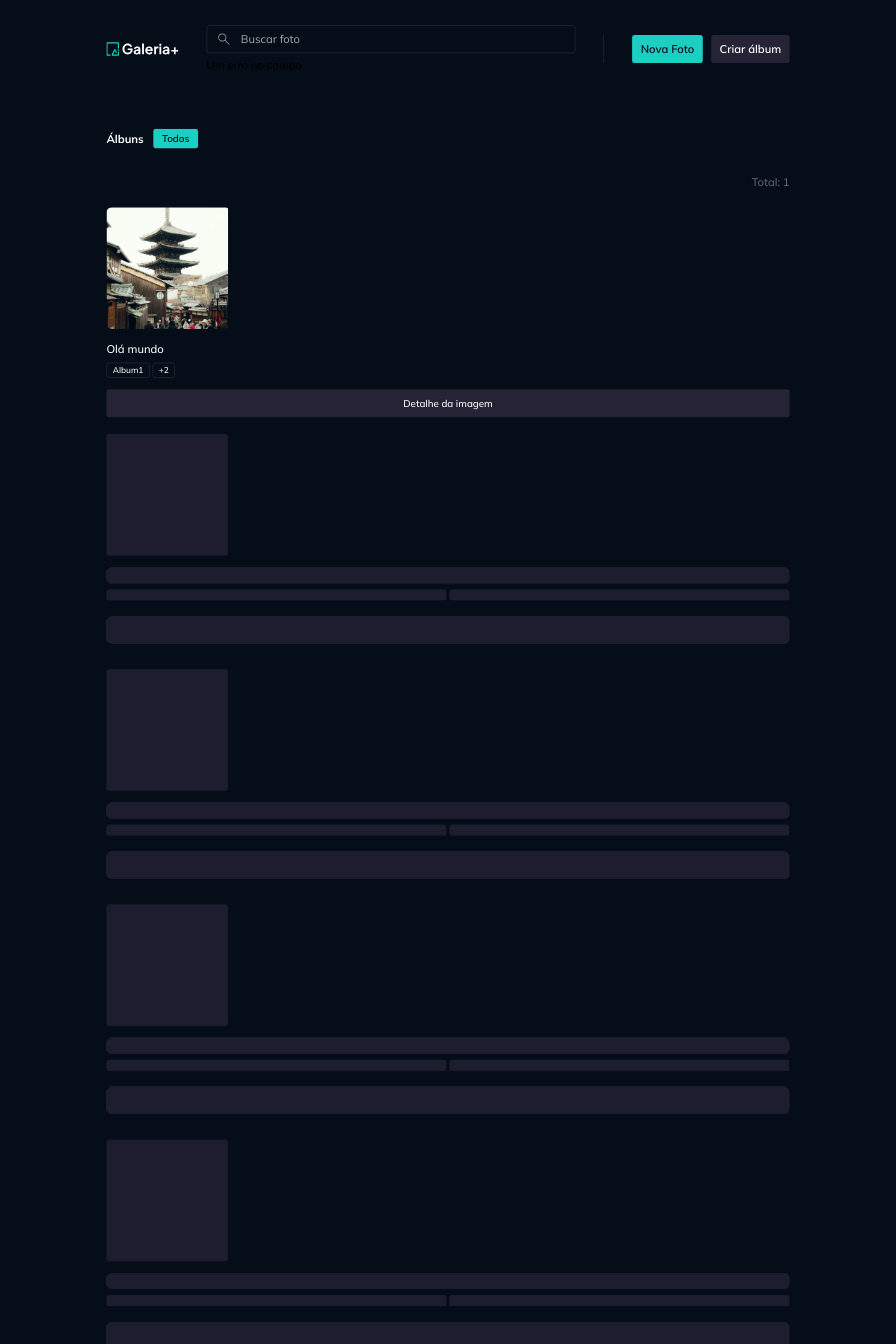
Repository: LuizMXavier/gallery-plus
Page: /
These files come from the project's save history. The page is drawn as it stood at one moment and after a run of saves; the edit follows.
The browser window is 1280 px wide. The pictures show the part of the page from y = 0 to 1920 px (the page is 4083 px tall), at 70% of full size.
The project was rebuilt for these pictures with package versions that can differ from the ones it lists, and the page was loaded fresh each time. Also part of the build but not shown: vite.config.ts, src/components/button-icon.tsx, src/components/alert.tsx, src/components/input-checkbox.tsx, src/components/input-single-file.tsx, src/components/card.tsx, src/components/dialog.tsx, src/pages/pages-components.tsx and 1 more.

Above is the page before, as saved 2025-09-22 18:04:44.

### index.html
<!DOCTYPE html>
<html lang="en">
	<head>
		<meta charset="UTF-8" />
		<link rel="icon" type="image/svg+xml" href="/favicon.svg" />

		<meta name="viewport" content="width=device-width, initial-scale=1.0" />

		<link rel="preconnect" href="https://fonts.googleapis.com" />
		<link rel="preconnect" href="https://fonts.gstatic.com" crossorigin />
		<link
			href="https://fonts.googleapis.com/css2?family=Mulish:ital,wght@0,200..1000;1,200..1000&display=swap"
			rel="stylesheet"
		/>

		<title>Galeria+</title>
	</head>
	<body class="bg-background-primary">
		<div id="root"></div>
		<script type="module" src="/src/main.tsx"></script>
	</body>
</html>

### src/main.tsx
import "./index.css";

import {StrictMode} from "react";
import {createRoot} from "react-dom/client";
import App from "./App.tsx";

createRoot(document.getElementById("root")!).render(
	<StrictMode>
		<App />
	</StrictMode>
);

### src/index.css
@import "tailwindcss";
@import "tw-animate-css";

@theme {
	--color-*: initial;
	--color-white: #ffffff;
	--color-black: #000000;
	--color-background-primary: #040d18;
	--color-background-secondary: #262337;
	--color-background-tertiary: #3c3857;
	--color-border-primary: #2c2c35;
	--color-border-active: #4c4c5d;
	--color-accent-brand: #1ccfc3;
	--color-accent-brand-light: #66eae1;
	--color-accent-red: #f54a26;
	--color-heading: #fafcff;
	--color-accent-paragraph: #f1f7ff;
	--color-accent-span: #5c636c;
	--color-placeholder: #a9a9a9;
	--color-label: #ffffff;
	--color-label-inverse: #040d18;

	--font-sans: "Mulish", sans-serif;
}

### src/App.tsx
import {BrowserRouter, Route, Routes} from "react-router";
import PageComponents from "./pages/pages-components";
import LayoutMain from "./pages/layout-main";
import PageHome from "./pages/page-home";
import PagePhotoDetails from "./pages/page-photo-details";

export default function App() {
	return (
		<BrowserRouter>
			<Routes>
				<Route element={<LayoutMain/>}>
					<Route index element={<PageHome/>}/>
					<Route path="/fotos/:id" element={<PagePhotoDetails/>}/>
					<Route path="/componentes" element={<PageComponents/>}/>
				</Route>

			</Routes>
		</BrowserRouter>
	)
}

### src/pages/layout-main.tsx
import { Outlet } from "react-router";
import MainHeader from "../components/main-header";
import MainContent from "../components/main-content";

export default function LayoutMain() {
  return (
    <>
      <MainHeader className="mt-9" />
      <MainContent>
        <Outlet />
      </MainContent>
    </>
  );
}

### src/pages/page-home.tsx
import Container from "../components/container";
import AlbumsFilter from "../contexts/albums/components/albums-filter";
import PhotoList from "../contexts/photos/components/photos-list";

export default function PageHome() {
  return (
    <Container>
      <AlbumsFilter albums={[]} className="mb-9"/>
      <PhotoList
        photos={[{
            id: "123",
            title: "Olá mundo",
            imageId: "portrait-tower.png",
            albums: [
              { id: "3421", title: "Album1" },
              { id: "123", title: "Album2" },
              { id: "456", title: "Album3" },
            ],
          },
        ]}
      />
    </Container>
  );
}

### src/components/button.tsx
import React from "react";
import Icon from "./icon";
import Text from "./text";
import {tv, type VariantProps} from "tailwind-variants";
import SpinnerIcon from "../assets/icons/spinner.svg?react";
import cx from "classnames";

export const buttonVariants = tv({
	base: "flex items-center justify-center cursor-pointer transition rounded group gap-1",
	variants: {
		variant: {
			primary: "bg-accent-brand hover:bg-accent-brand-light",
			secondary: "bg-background-secondary hover:bg-background-tertiary",
			destructive: "bg-background-secondary hover:bg-background-tertiary",
			ghost: `
					bg-transparent border border-solid border-border-primary
				text-accent-paragraph hover:border-background-secondary
				`,
		},
		size: {
			sm: "h-7 py-1 px-3",
			md: "h-10 py-2 pl-3 pr-3",
		},
		disabled: {
			true: "opacity-50 pointer-events-none",
		},
		handling: {
			true: "pointer-events-none",
		},
	},
	defaultVariants: {
		variant: "primary",
		size: "md",
		disabled: false,
		handling: false,
	},
});

export const buttonTextVariants = tv({
	variants: {
		variant: {
			primary: "text-label-inverse",
			secondary: "text-label",
			destructive: "text-accent-red",
			ghost: "text-accent-paragraph",
		},
		size: {
			sm: "text-sm",
			md: "text-base",
		},
	},
	defaultVariants: {
		variant: "primary",
		size: "md",
	},
});

export const buttonIconVariants = tv({
	variants: {
		variant: {
			primary: "fill-label-inverse",
			secondary: "fill-label",
			destructive: "fill-accent-red",
			ghost: "fill-accent-paragraph",
		},
		size: {
			sm: "w-4 h-4",
			md: "w-6 h-6",
		},
		handling: {
			true: "w-4 h-4",
		},
	},
	defaultVariants: {
		variant: "primary",
		size: "md",
	},
});

interface ButtonProps
	extends Omit<React.ComponentProps<"button">, "size" | "disabled">,
		VariantProps<typeof buttonVariants> {
	icon?: React.ComponentProps<typeof Icon>["svg"];
	handling?: boolean;
}

export default function Button({
	variant,
	size,
	disabled,
	className,
	children,
	handling,
	icon,
	type = "button",
	...props
}: ButtonProps) {
	return (
		<button
			type={type}
			className={buttonVariants({
				variant,
				size,
				disabled,
				handling,
				className: cx(
					{
						"pr-1": icon,
					},
					className
				),
			})}
			disabled={disabled as boolean}
			{...props}
		>
			<Text
				variant="label-medium"
				className={buttonTextVariants({variant, size})}
			>
				{children}
			</Text>
			{(icon || handling) && (
				<Icon
					svg={handling ? SpinnerIcon : icon!}
					animate={handling}
					className={buttonIconVariants({variant, size, handling})}
				/>
			)}
		</button>
	);
}

### src/components/badge.tsx
import React from "react";
import Text from "./text";
import {tv, type VariantProps} from "tailwind-variants";
import cx from "classnames";
import Skeleton from "./skeleton";

export const badgeVariants = tv({
	base: "inline-flex items-center justify-center rounded",
	variants: {
		variant: {
			none: "",
			ghost:
				"bg-transparent border border-solid border-border-primary text-accent-paragraph",
		},
		size: {
			xs: "py-0.5 px-2",
			sm: "py-1 px-3",
		},
	},
	defaultVariants: {
		variant: "ghost",
		size: "sm",
	},
});

export const badgeTextVariants = tv({
	base: "text-xs",
	variants: {
		size: {
			xs: "text-xs",
			sm: "text-sm",
		},
	},
});

export const badgeSkeletonVariants = tv({
	variants: {
		size: {
			xs: "w-12 h-[1.375rem]",
			sm: "w-16 h-[1.875rem]",
		},
	},
	defaultVariants: {
		size: "sm",
	},
});

interface BadgeProps
	extends React.ComponentProps<"div">,
		VariantProps<typeof badgeVariants> {
	loading?: boolean;
}

export default function Badge({
	variant,
	size,
	className,
	children,
	loading,
	...props
}: BadgeProps) {
	if (loading) {
		return (
			<Skeleton
				rounded="full"
				className={cx(
					badgeVariants({variant: "none"}),
					badgeSkeletonVariants({size}),
					className
				)}
			/>
		);
	}

	return (
		<div className={badgeVariants({variant, size, className})} {...props}>
			<Text className={badgeTextVariants({size})}>{children}</Text>
		</div>
	);
}

### src/components/text.tsx
import React from "react";
import {tv, type VariantProps} from "tailwind-variants";

export const textVariants = tv({
	base: "font-sans text-white",
	variants: {
		variant: {
			"heading-large": "text-2xl leading-[130%] font-bold",
			"heading-medium": "text-xl leading-[130%] font-bold",
			"heading-small": "text-base leading-[130%] font-bold",
			"paragraph-large": "text-base leading-[150%] font-medium",
			"paragraph-medium": "text-sm leading-[150%] font-medium",
			"paragraph-small": "text-xs leading-[150%] font-medium",
			"label-medium": "text-base leading-[150%] font-semibold",
			"label-small": "text-xs leading-[150%] font-semibold",
		},
	},
	defaultVariants: {
		variant: "paragraph-medium",
	},
});

interface TextProps extends VariantProps<typeof textVariants> {
	as?: keyof React.JSX.IntrinsicElements;
	className?: string;
	children?: React.ReactNode;
}

export default function Text({
	as = "span",
	variant,
	className,
	children,
	...props
}: TextProps) {
	return React.createElement(
		as,
		{
			className: textVariants({variant, className}),
			...props,
		},
		children
	);
}

### src/components/divider.tsx
import {tv, type VariantProps} from "tailwind-variants";

export const dividerVariants = tv({
	base: "w-full h-px ",
	variants: {
		variant: {
			default: "bg-border-primary",
		},
		orientation: {
			horizontal: "w-full h-px",
			vertical: "w-px h-full",
		},
	},
	defaultVariants: {
		variant: "default",
	},
});

interface DividerProps
	extends React.ComponentProps<"div">,
		VariantProps<typeof dividerVariants> {
	orientation?: "horizontal" | "vertical";
}

export default function Divider({
	className,
	orientation = "horizontal",
	...props
}: DividerProps) {
	return (
		<div className={dividerVariants({className, orientation})} {...props} />
	);
}

### src/components/input-text.tsx
import { tv, type VariantProps } from "tailwind-variants";
import Icon from "./icon";
import Text from "./text";
import { serialize } from "v8";

export const inputTextContainerVariants = tv({
    base: "flex flex-col gap-1"
})

export const inputTextWrapperVariants = tv({
    base:`
        border border-solid border-border-primary
        focus:border-border-active bg-transparent
        rounded flex items-center gap-3
    `,
    variants: {
        size: {
            md:"h-10 p-3"
        },
        disabled: {
            true:"pointer-events-none"
        }
    },
    defaultVariants: {
        size:"md",
        disabled: false
    }
});

export const inputTextVariants = tv({
    base: `
        bg-transparent outiline-none placeholder:text-placeholder
        text-accent-paragraph flex-1
    `
})

export const inputTextIconVariants = tv({
    base:"fill-placeholder",
    variants: {
        size: {
            md:"w-6 h-6"
        }
    },
    defaultVariants: {
        size:"md"
    }
})

interface InputTextProps
    extends VariantProps<typeof inputTextWrapperVariants>,
    Omit<React.ComponentProps<"input">,"size" | "disabled"> {
        icon?: React.ComponentProps<typeof Icon>['svg'],
        error?: React.ReactNode;
    }

export default function InputText({
    size,
    disabled,
    className,
    icon,
    error,
    ...props
}: InputTextProps) {
    return (
        <div className={inputTextContainerVariants(className)}>
            <div className={inputTextWrapperVariants({size, disabled})}>
                {icon && <Icon svg={icon} className={inputTextIconVariants({size})}/>}
                <input className={inputTextVariants()} disabled={disabled as boolean} {...props}/>
            </div>Um erro no campo
            {error && (
                <Text variant="label-small" className="text-accent-red">
                {error}
            </Text>
            )}
        </div>
    )
}

### src/components/image-preview.tsx
import { tv } from "tailwind-variants";
import React from "react";

export const imageFilePreviewVariants = tv({
    base:`
        rounded-lg overflow-hidden
    `
});

export const imageFilePreviewImageVariants = tv ({
    base: `w-full h-full object-cover `
})

interface ImageFilePreviewProps extends React.ComponentProps<"img"> {
    imageClassName?: string;
}

export default function ImageFilePreview({
    className,
    imageClassName,
    ...props
}: ImageFilePreviewProps) {
    return (
        <div className={imageFilePreviewVariants({className})}>
            <img className={imageFilePreviewImageVariants({className: imageClassName})} {...props} />
        </div>
    )
}

### src/components/main-header.tsx
import { Link } from "react-router";
import Container from "./container";
import Logo from "../assets/images/galeria-plus-full-logo.svg?react";
import cx from 'classnames';
import Button from "./button";
import PhotosSearch from "./photos-search";
import Divider from "./divider";


interface MainHeaderProps extends React.ComponentProps<typeof Container>{}

export default function MainHeader({className, ...props}: MainHeaderProps) {
    return (
        <Container
            as="header"
            className={cx("flex justify-between items-center gap-10", className)} {...props}
        >
            <Link to="/">
                <Logo className="h-5"/>
            </Link>

            <PhotosSearch/>
            <Divider orientation="vertical" className="h-10"/>

            <div className="flex items-center gap-3">
                <Button>Nova Foto</Button>
                <Button variant="secondary">Criar álbum</Button>
            </div>

        </Container>
    );
}

### src/components/main-content.tsx
import cx from "classnames";

interface MainContentProps extends React.ComponentProps<"main">{}

export default function MainContent({
    children,
    className,
    ...props
}: MainContentProps) {
    return (
        <main className={cx("mt-20 pb-20", className)} {...props}>
            {children}
        </main>
    )
}

### src/components/container.tsx
import {type VariantProps, tv} from "tailwind-variants";
import React from "react";

export const containerVariants = tv({
	base: "mx-auto",
	variants: {
		size: {
			md: "max-w-[62rem] px-2",
		},
	},
	defaultVariants: {
		size: "md",
	},
});

interface ContainerProps
	extends VariantProps<typeof containerVariants>,
		React.ComponentProps<"div"> {
	as?: keyof React.JSX.IntrinsicElements;
}

export default function Container({
	as = "div",
	children,
	className,
	...props
}: ContainerProps) {
	return React.createElement(
		as,
		{
			className: containerVariants({size: "md", className}),
			...props,
		},
		children
	);
}

### src/contexts/albums/components/albums-filter.tsx
import Button from "../../../components/button";
import Skeleton from "../../../components/skeleton";
import Text from "../../../components/text";
import type { Album } from "../models/album";
import cx from "classnames";

interface AlbumsFilterProps extends React.ComponentProps<"div"> {
  albums: Album[];
  loading?: boolean;
}

export default function AlbumsFilter({
  albums,
  loading,
  className,
  ...props
}: AlbumsFilterProps) {
  return (
    <div
      className={cx("flex items-center gap-3.5 overflow-x-auto", className)}
      {...props}
    >
      <Text variant="heading-small">Álbuns</Text>
      <div className="flex gap-3">
        {!loading ? (
            <>
                 <Button variant="primary" size="sm" className="cursor-pointer">
                    Todos
                </Button>
                { albums.map((album) => (
            <Button
              key={album.id}
              variant="ghost"
              size="sm"
              className="cursor-pointer"
            >
              {album.title}
            </Button>
          ))}
            </>
        ): (
            Array.from({length: 5}).map((_,index) =>
            <Skeleton className="w-28 h-7" key={`album-button-loading-${index}`}/>
            )
        )}

      </div>
    </div>
  );
}

### src/contexts/photos/components/photos-list.tsx
import type { Photo } from "../models/photo";
import PhotoWidget from "./photo-widget";
import Text from "../../../components/text";
import Skeleton from "../../../components/skeleton";

interface PhotosListProps {
  photos: Photo[];
  loading?: boolean;
}

export default function PhotoList({ photos, loading }: PhotosListProps) {
  return (
    <div className="space-y-6">
        <Text
            as="div"
            variant="paragraph-large"
            className="flex items-center justify-end gap-1 text-accent-span"
        >
            Total:{" "}
            {!loading ? (
                <div>{photos.length}</div>
            ): (
                <Skeleton className="w-6 h-6"/>
            )}

        </Text>
      {!loading && photos?.length > 0 && (
        <div className="grid grid-colds-5 gap-9">
          {photos.map((photo) => (
            <PhotoWidget photo={photo} key={photo.id} />
          ))}
        </div>
      )}
      {!loading && (
        <div className="grid grid-colds-5 gap-9">
          {Array.from({ length: 10 }).map((_, index) => (
            <PhotoWidget
              key={`photo-loading-${index}`}
              photo={{} as Photo}
              loading
            />
          ))}
          ;
        </div>
      )}

      {!loading && photos.length === 0 && (
        <div className="flex justify-center items-center h-full">
          <Text variant="paragraph-large">Nenhuma foto encontrada</Text>
        </div>
      )}
    </div>
  );
}

### src/components/icon.tsx
import React from "react";
import {tv, type VariantProps} from "tailwind-variants";

export const iconVariants = tv({
	variants: {
		animate: {
			false: "",
			true: "animate-spin",
		},
	},
	defaultVariants: {
		animate: false,
	},
});

interface IconProps
	extends React.ComponentProps<"svg">,
		VariantProps<typeof iconVariants> {
	svg: React.FC<React.ComponentProps<"svg">>;
}

export default function Icon({
	svg: SvgComponent,
	animate,
	className,
	...props
}: IconProps) {
	return (
		<SvgComponent className={iconVariants({animate, className})} {...props} />
	);
}

### src/components/skeleton.tsx
import {tv, type VariantProps} from "tailwind-variants";
import React from "react";

export const skeletonVariants = tv({
	base: "animate-pulse bg-background-secondary pointer-events-none",
	variants: {
		rounded: {
			sm: "rounded-sm",
			lg: "rounded-lg",
			full: "rounded-full",
		},
	},
	defaultVariants: {
		rounded: "lg",
	},
});

interface SkeletonProps
	extends VariantProps<typeof skeletonVariants>,
		React.ComponentProps<"div"> {}

export default function Skeleton({
	rounded,
	className,
	...props
}: SkeletonProps) {
	return <div className={skeletonVariants({rounded, className})} {...props} />;
}

### src/components/photos-search.tsx
import InputText from "./input-text";
import SearchIcon from "../assets/icons/search.svg?react";
import React from "react";
import { debounce } from "../helpers/utils";

export default function PhotosSearch() {
    const [inputValue, setInputValue] = React.useState("");

    const debouncedSetValue = React.useCallback(
        debounce((value: string) => {
            console.log("Valor com debounce", value);
        },200),[]
    )

    function handleInputChange(e: React.ChangeEvent<HTMLInputElement>) {
        const value = e.target.value;


        setInputValue(value);
        debouncedSetValue(value);
    }
  return (
    <div className="relative flex-grow">
      <InputText icon={SearchIcon} placeholder="Buscar foto" value={inputValue} onChange={handleInputChange} />
    </div>
  );
}

### src/contexts/photos/components/photo-widget.tsx
import ImageFilePreview from "../../../components/image-preview";
import type { Photo } from "../models/photo";
import Skeleton from "../../../components/skeleton";
import Text from "../../../components/text";
import Badge from "../../../components/badge";
import { Link } from "react-router";
import { buttonTextVariants, buttonVariants } from "../../../components/button";
interface PhotoWidgetProps {
    photo: Photo;
    loading?: boolean;
}

export default function PhotoWidget({photo, loading}: PhotoWidgetProps) {
    return (
        <div className="flex flex-col gap-4">
            {!loading ? (
                <ImageFilePreview
                    src={`/images/${photo.imageId}`}
                    title={photo.title}
                    imageClassName="w-[10.8725rem] h-[10.8725rem] rounded lg"/>

            ): (
                <Skeleton className="w-[10.8725rem] h-[10.8725rem] rounded lg"/>
            )}

            <div className="flex flex-col gap-2">
                {!loading ? (
                    <Text variant="paragraph-large" className="truncate">
                        {photo.title}
                    </Text>
                ): (
                    <Skeleton className="w-full h-6"/>
                )}

                <div className="flex gap-1 min-h-[1.375rem]">
                    {!loading ? (
                        <>
                            {photo.albums.slice(0,1).map(album => (
                                <Badge className="truncate" size="xs" key={album.id}>
                                    {album.title}
                                </Badge>
                            ))}
                            {photo.albums.length > 1 && <Badge size="xs">
                                +{photo.albums.length - 1}
                                </Badge>}
                        </>
                    ): (
                        Array.from({length: 2}).map((_,index) => (
                            <Skeleton
                            key={`album-loading-${index}`}
                            className="w-full h-4 rounded-sm"
                            />
                        ))
                    )}

                </div>
            </div>
            {!loading ? (
                <Link
                  to={`/fotos/${photo.id}`}
                  className={buttonVariants({
                    variant:"secondary",
                    className:"px-2 py-2",
                  })}
                >
                    <Text className={buttonTextVariants({variant:"secondary",size:"sm"})}>
                        Detalhe da imagem
                    </Text>
                </Link>
            ): (
                <Skeleton className="w-full h-10"/>
            )}
        </div>
    )
}

### src/helpers/utils.ts

export function debounce<T extends (...args: any[]) => any>(
    func: T,
    wait: number
) {
    let timeout: ReturnType<typeof setTimeout> | null = null;

    return function (...args: Parameters<T>): void {
        const later = () => {
            timeout = null;
            func(...args);
        };

        if(timeout !== null) {
            clearTimeout(timeout);
        }

        timeout = setTimeout(later, wait);
    }
}

After the next 2 saves:
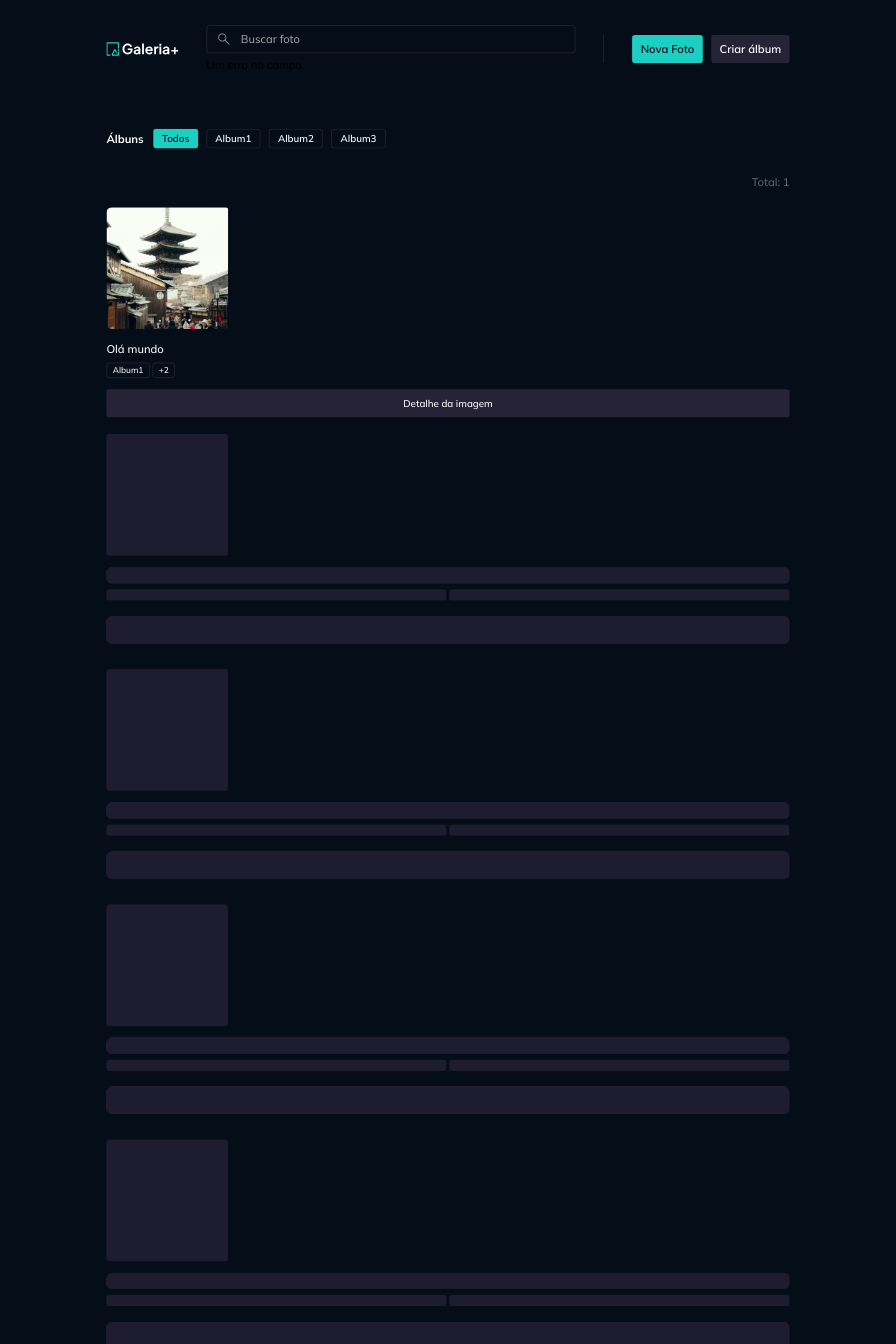
The 2 saves are shown as one change because they came seconds apart.
The last was saved 51 s later.
--- a/src/pages/page-home.tsx
+++ b/src/pages/page-home.tsx
@@ -5,9 +5,17 @@ import PhotoList from "../contexts/photos/components/photos-list";
 export default function PageHome() {
   return (
     <Container>
-      <AlbumsFilter albums={[]} className="mb-9"/>
+      <AlbumsFilter
+        albums={[
+          { id: "3421", title: "Album1" },
+          { id: "123", title: "Album2" },
+          { id: "456", title: "Album3" },
+        ]}
+        className="mb-9"
+      />
       <PhotoList
-        photos={[{
+        photos={[
+          {
             id: "123",
             title: "Olá mundo",
             imageId: "portrait-tower.png",
